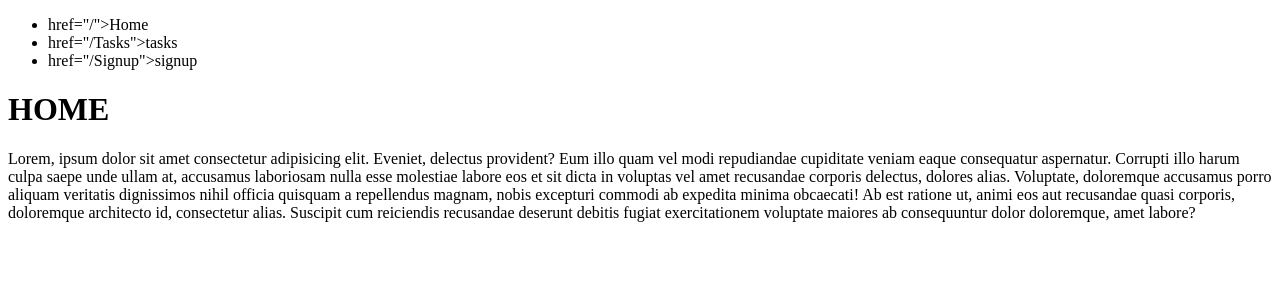
Repository: Andres250602/auth.django
Page: http://localhost/
These files come from the project's save history. The page is drawn as it stood at one moment and after the next save; the edit follows.
The browser window is 1280 px wide. The pictures show the whole page.
The page is served by the project's application, run on Django 5.2 (manage.py).

Above is the page before, as saved 2024-04-11 09:17:07.

After the next save:
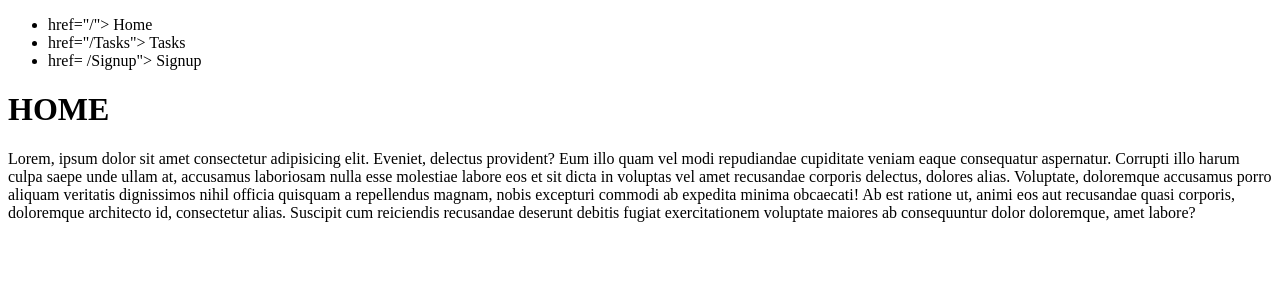
Saved 47 s later.
--- a/myapp/templates/base.html
+++ b/myapp/templates/base.html
@@ -9,13 +9,13 @@
     <nav>
         <ul>
             <li>
-                <a> href="/">Home</a>
+                <a> href="/"> Home</a>
             </li>
             <li>
-                <a> href="/Tasks">tasks</a>
+                <a> href="/Tasks"> Tasks</a>
             </li>
             <li>
-                <a> href="/Signup">signup</a>
+                <a> href= /Signup"> Signup</a>
             </li>
         </ul>
     </nav>
